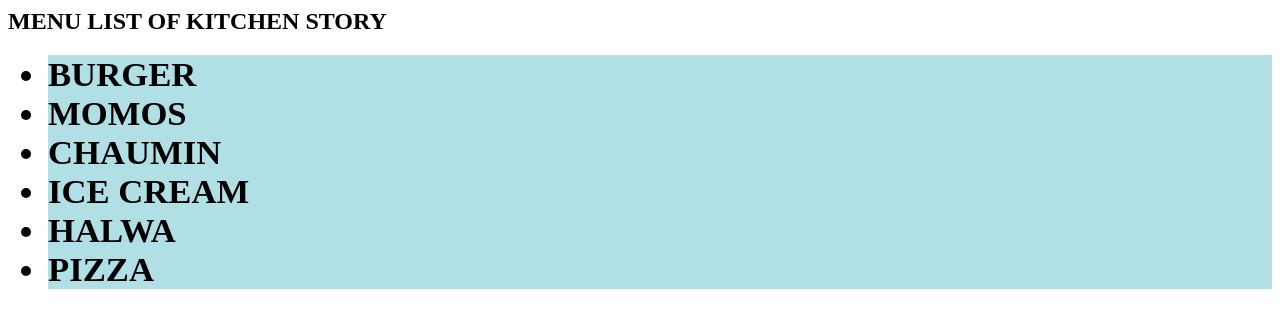
Repository: jha6435/phase4project
Page: Kitchenstory/src/main/webapp/menu.html
An editor plug-in stored every save of this project. The page is shown before and after the next save, followed by the edit.
The browser window is 1280 px wide. The pictures show the whole page.

Above is the page before, as saved 2023-05-07 16:59:21.

After the next save:
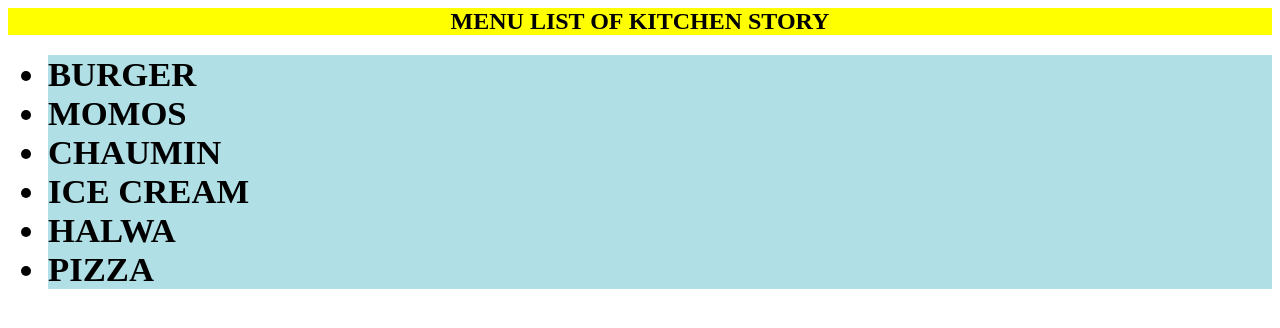
Saved 36 min 35 s later.
--- a/Kitchenstory/src/main/webapp/menu.html
+++ b/Kitchenstory/src/main/webapp/menu.html
@@ -5,9 +5,9 @@
     <meta name="viewport" content="width=device-width, initial-scale=1.0">
     <title>Document</title>
     <style>
-     h2{
-    text-align:center
-     background yellow;
+          h2{
+    text-align:center;
+     background: yellow;
     }
     .menuList{
    font-weight: bold;
